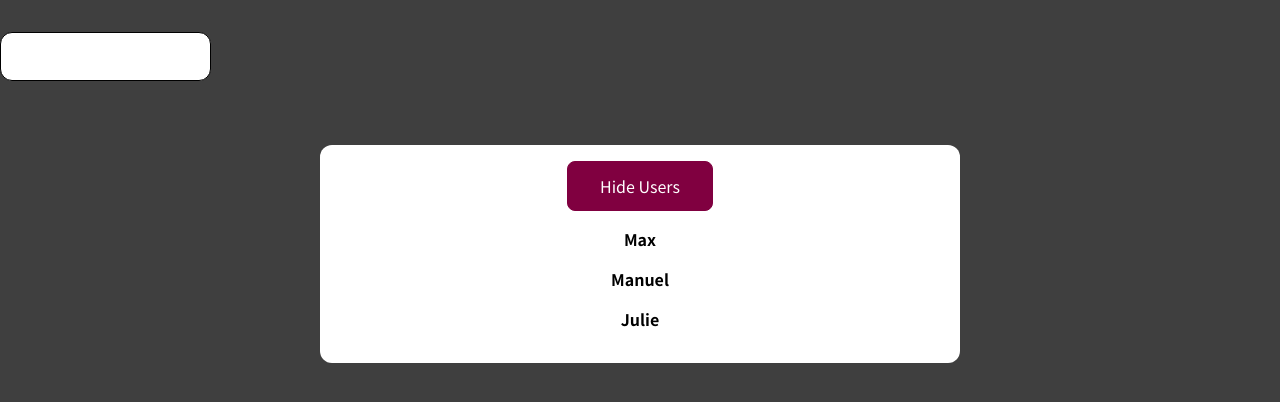
Repository: prathmeshgodbole/React-Class-Based
Page: /
An editor plug-in stored every save of this project. The page is shown before and after the next save, followed by the edit.
The browser window is 1280 px wide. The pictures show the whole page.
The project was rebuilt for these pictures with package versions that can differ from the ones it lists, and the page was loaded fresh each time.

Above is the page before, as saved 2021-07-15 16:08:18.

### src/App.js
import UserFinder from './components/UserFinder';
// import Users from './components/Users';

function App() {
  return (
    <div>
    <UserFinder/>
    </div>
  );
}

export default App;

### src/components/UserFinder.js
import { Fragment, Component } from "react";
import classes from "./UserFinder.module.css";
import Users from "./Users";

const DUMMY_USERS = [
  { id: "u1", name: "Max" },
  { id: "u2", name: "Manuel" },
  { id: "u3", name: "Julie" },
];

class UserFinder extends Component {
  constructor() {
      super();
    this.state = {
      filteredUsers: [],
      searchTerm: "",
    };
  }

  componentDidMount(){
      //sends http request...
      this.setState({filteredUsers:DUMMY_USERS});
  }

  componentDidUpdate(prevProps,prevState) {
if(prevState.searchTerm !==this.state.searchTerm){
    this.setState({
      filteredUsers: DUMMY_USERS.filter((user) =>
        user.name.includes(this.state.searchTerm)
      ),
    });
  }
}

  searchChangeHandler(event) {
    this.setState({ searchTerm: event.target.value });
  }
  render() {
    return (
      <Fragment>
      <div></div>
        <input
          className={classes.finder}
          type="search"
          onChange={this.searchChangeHandler.bind(this)}
        />
        <Users users={this.state.filteredUsers} />
      </Fragment>
    );
  }
}

// const UserFinder = () => {
//   const [filteredUsers, setFilteredUsers] = useState(DUMMY_USERS);
//   const [searchTerm, setSearchTerm] = useState("");

//   useEffect(() => {
//     setFilteredUsers(
//       DUMMY_USERS.filter((user) => user.name.includes(searchTerm))
//     );
//   }, [searchTerm]);

//   const searchChangeHandler = (event) => {
//     setSearchTerm(event.target.value);
//   };

  //   return (
  //     <Fragment >
  //       <input className={classes.finder} type='search' onChange={searchChangeHandler} />
  //       <Users users={filteredUsers} />
  //     </Fragment>
  //   );
// };

export default UserFinder;

### src/components/UserFinder.module.css
.finder {
    margin: 2rem auto;
    background-color: white;
    padding: 1rem;
    border-radius: 12px;
    max-width: 40rem;
    border: 1px solid black;
    text-align: center;
}

### src/components/Users.js
import { Component } from "react";
import User from "./User";

import classes from "./Users.module.css";


class Users extends Component {
  constructor() {
    super();
    this.state = {
      showUsers: true,
    };
  }

  toggleUsersHandler() {
    this.setState((curState) => {
      return{
        showUsers:!curState.showUsers
      };
    });
  }

  render() {
    const usersList = (
    <ul>
      {this.props.users.map((user) => (
        <User key={user.id} name={user.name} />
      ))}
    </ul>
  );
    return (
      <div className={classes.users}>
        <button onClick={this.toggleUsersHandler.bind(this)}>
          {this.state.showUsers ? "Hide" : "Show"} Users
        </button>
        {this.state.showUsers && usersList}
      </div>
    );
  }
}

// const Users = () => {
//   const [showUsers, setShowUsers] = useState(true);

//   const toggleUsersHandler = () => {
//     setShowUsers((curState) => !curState);
//   };

  // const usersList = (
  //   <ul>
  //     {DUMMY_USERS.map((user) => (
  //       <User key={user.id} name={user.name} />
  //     ))}
  //   </ul>
  // );

  // return (
  //   <div className={classes.users}>
  //     <button onClick={toggleUsersHandler}>
  //       {showUsers ? 'Hide' : 'Show'} Users
  //     </button>
  //     {showUsers && usersList}
  //   </div>
  // );
// };

export default Users;

### src/components/User.js
import React,{Component} from 'react';
import classes from './User.module.css';


class User extends Component{
  render(){
    return <li className={classes.user}>{this.props.name}</li>;
  }
}

// const User = (props) => {
//   return <li className={classes.user}>{props.name}</li>;
// };

export default User;

Loaded but not shown: public/index.html (common file); src/index.js (common file); src/index.css (common file); src/components/Users.module.css (common file); src/components/User.module.css (common file)

After the next save:
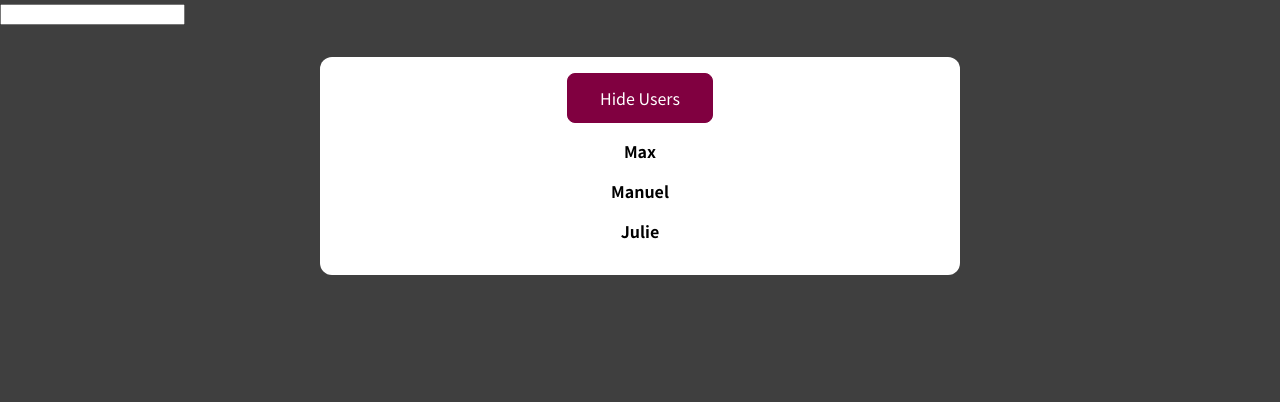
Saved 8 s later.
--- a/src/components/UserFinder.js
+++ b/src/components/UserFinder.js
@@ -40,7 +40,7 @@ if(prevState.searchTerm !==this.state.searchTerm){
       <Fragment>
       <div></div>
         <input
-          className={classes.finder}
+
           type="search"
           onChange={this.searchChangeHandler.bind(this)}
         />
